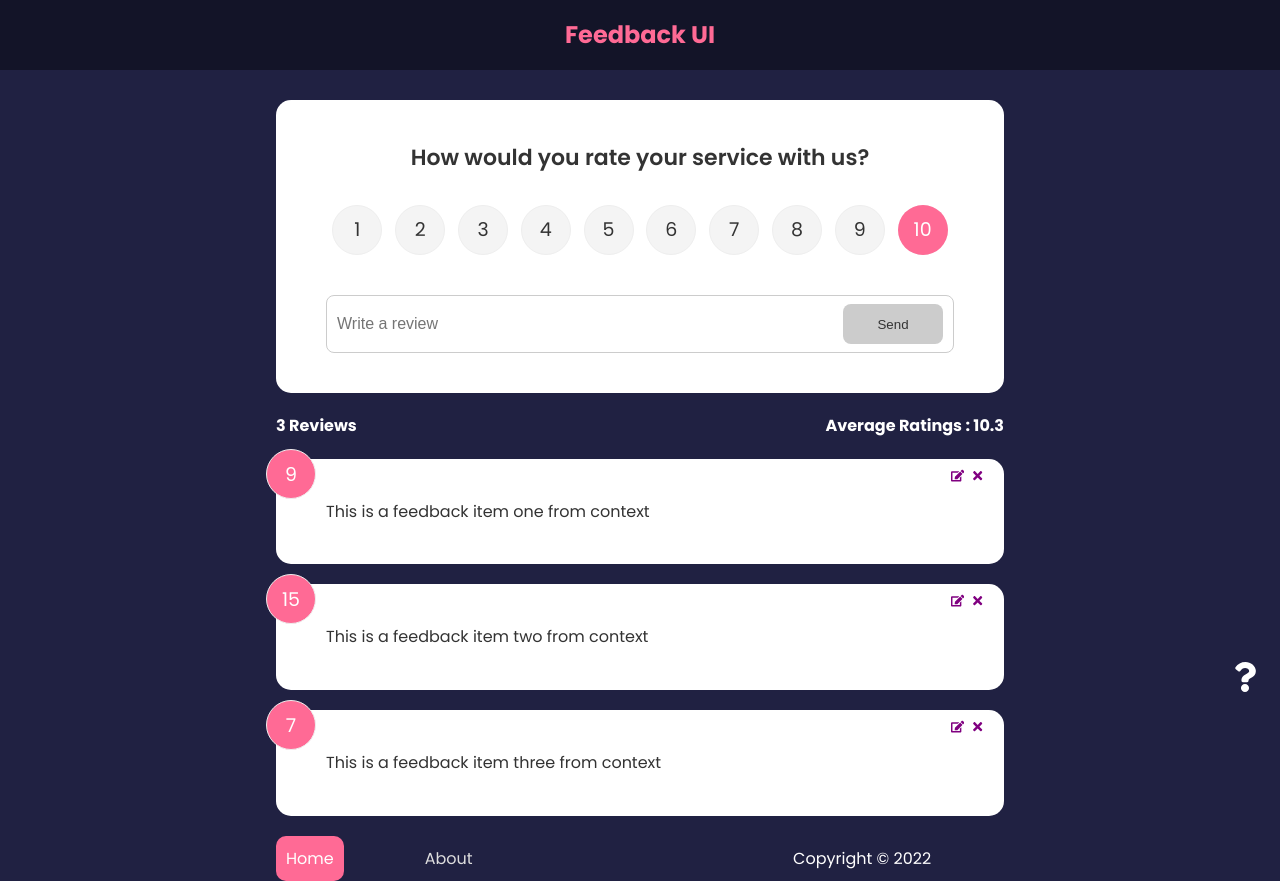
Repository: bayorwor/feedbackapp
Page: /
These files come from the project's save history. The page is drawn as it stood at one moment and after the next save; the edit follows.
The browser window is 1280 px wide. The pictures show the whole page.
The project was rebuilt for these pictures with package versions that can differ from the ones it lists, and the page was loaded fresh each time. Also part of the build but not shown: src/pages/AboutPage.jsx.

Above is the page before, as saved 2022-02-01 00:52:13.

### public/index.html
<!DOCTYPE html>
<html lang="en">
  <head>
    <meta charset="utf-8" />
    <link rel="icon" href="%PUBLIC_URL%/favicon.ico" />
    <meta name="viewport" content="width=device-width, initial-scale=1" />
    <meta name="theme-color" content="#000000" />
    <meta
      name="description"
      content="Web site created using create-react-app"
    />
    <link rel="apple-touch-icon" href="%PUBLIC_URL%/logo192.png" />
    <link rel="manifest" href="%PUBLIC_URL%/manifest.json" />
    <title>feedback app</title>
  </head>
  <body>
    <noscript>You need to enable JavaScript to run this app.</noscript>
    <div id="root"></div>
  </body>
</html>

### src/index.css
@import url("https://fonts.googleapis.com/css2?family=Poppins:wght@400;600;700&display=swap");

* {
  box-sizing: border-box;
  margin: 0;
  padding: 0;
}

body {
  font-family: "Poppins", sans-serif;
  background-color: #202142;
  color: #fff;
  line-height: 1.6;
}

ul {
  list-style: none;
}

.container {
  max-width: 768px;
  margin: auto;
  padding: 0 20px;
}

header {
  height: 70px;
  width: 100%;
  display: flex;
  justify-content: space-between;
  align-items: center;
  margin-bottom: 30px;
}

.card {
  background-color: #fff;
  color: #333;
  border-radius: 15px;
  padding: 40px 50px;
  margin: 20px 0;
  position: relative;
}

.card.reverse {
  background-color: rgba(0, 0, 0, 0.4);
  color: #fff;
}

.card h2 {
  font-size: 22px;
  font-weight: 600;
  text-align: center;
}

.rating {
  display: flex;
  align-items: center;
  justify-content: space-around;
  margin: 30px 0 40px;
}

.rating li,
.num-display {
  position: relative;
  background: #f4f4f4;
  width: 50px;
  height: 50px;
  padding: 10px;
  text-align: center;
  border-radius: 50%;
  font-size: 19px;
  border: 1px #eee solid;
  transition: 0.3s;
}

.rating li label {
  position: absolute;
  top: 50%;
  left: 50%;
  width: 50px;
  height: 50px;
  padding: 10px;
  border-radius: 50%;
  transform: translate(-50%, -50%);
  cursor: pointer;
}

.rating li:hover,
.num-display {
  background: #ff6a95;
  color: #fff;
}

[type="radio"] {
  opacity: 0;
}

[type="radio"]:checked ~ label {
  background: #ff6a95;
  color: #fff;
}

.input-group {
  display: flex;
  flex-direction: row;
  border: 1px solid #ccc;
  padding: 8px 10px;
  border-radius: 8px;
}

input {
  flex-grow: 2;
  border: none;
  font-size: 16px;
}

input:focus {
  outline: none;
}

.feedback-stats {
  color: #fff;
  display: flex;
  justify-content: space-between;
  align-items: center;
}

.num-display {
  position: absolute;
  top: -10px;
  left: -10px;
}

.close,
.edit {
  position: absolute;
  top: 10px;
  right: 20px;
  cursor: pointer;
  background: none;
  border: none;
}

.edit {
  right: 40px;
}

.btn {
  color: #fff;
  border: 0;
  border-radius: 8px;
  color: #fff;
  width: 100px;
  height: 40px;
  cursor: pointer;
}

.btn-primary {
  background-color: #202142;
}

.btn-secondary {
  background: #ff6a95;
}

.btn:hover {
  transform: scale(0.98);
  opacity: 0.9;
}

.btn:disabled {
  background-color: #cccccc;
  color: #333;
  cursor: auto;
}

.btn:disabled:hover {
  transform: scale(1);
  opacity: 1;
}

.message {
  padding-top: 10px;
  text-align: center;
  color: rebeccapurple;
}

.about-link {
  position: absolute;
  bottom: 20px;
  right: 20px;
  color: #fff;
  cursor: pointer;
}

.about-link a {
  color: #fff;
}

.about-link a:hover {
  color: #ff6a95;
}

.about h1 {
  margin-bottom: 20px;
}

.about p {
  margin: 10px 0;
}

@media (max-width: 600px) {
  .rating li {
    margin: 10px 3px;
  }

  .rating {
    display: flex;
    align-items: center;
    justify-content: center;
    flex-wrap: wrap;
    margin: 30px 0 40px;
  }

  .input-group input {
    width: 80%;
  }
}
.active {
  background: #ff6a95;
  color: #fff;
  padding: 10px;
  border-radius: 10px;
}
a {
  text-decoration: none;
  color: #dedede;
}
.footer {
  display: flex;
  justify-content: space-between;
  align-items: center;
  width: 90%;
}

.footer-container {
  display: flex;
  justify-content: space-between;
  align-items: center;
  width: 30%;
}

### src/App.js
import { BrowserRouter as Router, Route, Routes } from "react-router-dom";
import Header from "./components/Header";
import FeedbackList from "./components/FeedbackList";
import FeedbackStats from "./components/FeedbackStats";
import FeedbackForm from "./components/FeedbackForm";
import AboutPage from "./pages/AboutPage";
import AboutIconLink from "./components/AboutIconLink";
import Footer from "./components/Footer";
import { FeedbackProvider } from "./context/FeedbackContext";

const App = () => {
  return (
    <FeedbackProvider>
      <Router>
        <Header />
        <div className="container">
          <Routes>
            <Route
              exact
              path="/"
              element={
                <>
                  <FeedbackForm />
                  <FeedbackStats />
                  <FeedbackList />
                </>
              }
            ></Route>
            <Route path="/about" element={<AboutPage />} />
          </Routes>
          <Footer />
          <AboutIconLink />
        </div>
      </Router>
    </FeedbackProvider>
  );
};

export default App;

### src/components/Header.jsx
import React from "react";
import PropTypes from "prop-types";

const Header = ({ text, bgColor, textColor }) => {
  const headerStyle = {
    backgroundColor: bgColor,
    color: textColor,
  };

  return (
    <header style={headerStyle}>
      <div className="container">
        <h2>{text}</h2>
      </div>
    </header>
  );
};

Header.defaultProps = {
  text: "Feedback UI",
  bgColor: "rgba(0, 0, 0, 0.4)",
  textColor: "#ff6a95",
};

Header.propTypes = {
  text: PropTypes.string,
  bgColor: PropTypes.string,
  textColor: PropTypes.string,
};

export default Header;

### src/components/FeedbackList.jsx
import { useContext } from "react";
import { motion, AnimatePresence } from "framer-motion";
import FeedbaackItem from "./FeedbaackItem";
import Card from "./shared/Card";
import FeedbackContext from "../context/FeedbackContext";

function FeedbackList() {
  const { feedback } = useContext(FeedbackContext);
  if (!feedback || feedback.length === 0) {
    return (
      <Card reverse={true}>
        <p>There are no feedbacks to display</p>
      </Card>
    );
  }

  return (
    <div className="feedback-list">
      <AnimatePresence>
        {feedback.map((feedback) => (
          <motion.div
            key={feedback.id}
            initial={{ opacity: 0 }}
            animate={{ opacity: 1 }}
            exit={{ opacity: 0 }}
          >
            <FeedbaackItem key={feedback.id} feedback={feedback} />
          </motion.div>
        ))}
      </AnimatePresence>
    </div>
  );
}

export default FeedbackList;

### src/components/FeedbackStats.jsx
import { useContext } from "react";
import FeedbackContext from "../context/FeedbackContext";

function FeedbackStats() {
  const { feedback } = useContext(FeedbackContext);

  let average =
    feedback.reduce((total, feedback) => total + feedback.rating, 0) /
    feedback.length;

  average = average.toFixed(1);

  return (
    <div className="feedback-stats">
      <h4>{feedback.length} Reviews</h4>
      <h4>Average Ratings : {isNaN(average) ? 0 : average}</h4>
    </div>
  );
}

export default FeedbackStats;

### src/components/FeedbackForm.jsx
import { useState, useContext, useEffect } from "react";
import Card from "./shared/Card";
import Button from "./shared/Button";
import RatingSelect from "./RatingSelect";
import FeedbackContext from "../context/FeedbackContext";

function FeedbackForm() {
  const [text, setText] = useState("");
  const [rating, setRating] = useState(10);
  const [btnDisabled, setBtnDisabled] = useState(true);
  const [message, setMessage] = useState("");

  const { addFeedback, feedbackEdit } = useContext(FeedbackContext);

  useEffect(() => {
    if (feedbackEdit.edit) {
      setBtnDisabled(true);
      setText(feedbackEdit.item.text);
      setRating(feedbackEdit.item.rating);
    } else {
      setText("");
      setRating(10);
    }
  }, [feedbackEdit]);

  const handleChange = (event) => {
    if (text === "") {
      setBtnDisabled(true);
      setMessage(null);
    } else if (text !== "" && text.trim().length <= 10) {
      setBtnDisabled(true);
      setMessage("Please enter at least 10 characters");
    } else {
      setBtnDisabled(false);
      setMessage(null);
    }
    setText(event.target.value);
  };

  const handleSubmit = (event) => {
    event.preventDefault();
    if (text.trim().length > 10) {
      const newFeedback = {
        text,
        rating,
      };
      addFeedback(newFeedback);
      setText("");
      setRating(10);
      setBtnDisabled(true);
    }
  };

  return (
    <Card>
      <form onSubmit={handleSubmit}>
        <h2>How would you rate your service with us?</h2>
        <RatingSelect select={(rating) => setRating(rating)} />
        <div className="input-group">
          <input
            onChange={handleChange}
            value={text}
            type="text"
            placeholder="Write a review"
          />
          <Button type="submit" isDisabled={btnDisabled}>
            Send
          </Button>
        </div>
        {message && <div className="message">{message}</div>}
      </form>
    </Card>
  );
}

export default FeedbackForm;

### src/components/AboutIconLink.jsx
import React from "react";
import { FaQuestion } from "react-icons/fa";
import { Link } from "react-router-dom";

function AboutIconLink() {
  return (
    <div className="about-link">
      <Link to="/about">
        <FaQuestion size={30} />
      </Link>
    </div>
  );
}

export default AboutIconLink;

### src/components/Footer.jsx
import { NavLink } from "react-router-dom";

function Footer() {
  var today = new Date();
  var year = today.getFullYear();

  return (
    <>
      <div className="footer">
        <div className="footer-container">
          <NavLink activeClassName="active" to="/">
            Home
          </NavLink>
          <NavLink activeClassName="active" to="/about">
            About
          </NavLink>
        </div>
        <p>Copyright &copy; {year}</p>
      </div>
    </>
  );
}

export default Footer;

### src/context/FeedbackContext.js
import { createContext, useState } from "react";
import { v4 as uuidV4 } from "uuid";

const FeedbackContext = createContext();

export const FeedbackProvider = ({ children }) => {
  const [feedback, setFeedback] = useState([
    {
      id: 1,
      text: "This is a feedback item one from  context",
      rating: 9,
    },
    {
      id: 2,
      text: "This is a feedback item two from  context",
      rating: 15,
    },
    {
      id: 3,
      text: "This is a feedback item three from  context",
      rating: 7,
    },
  ]);

  const [feedbackEdit, setFeedbackEdit] = useState({
    item: {},
    edit: false,
  });

  //deleting a feedback item
  const deleteFeedback = (id) => {
    if (window.confirm("Are you sure you want to delete this feedback?")) {
      setFeedback(feedback.filter((feedback) => feedback.id !== id));
    }
  };

  //adding a new feedback item
  const addFeedback = (newFeedback) => {
    newFeedback.id = uuidV4();
    setFeedback([newFeedback, ...feedback]);
  };

  //editing a feedback item
  const editFeedback = (item) => {
    setFeedbackEdit({
      item,
      edit: true,
    });
  };

  return (
    <FeedbackContext.Provider
      value={{
        feedback,
        deleteFeedback,
        addFeedback,
        editFeedback,
        feedbackEdit,
      }}
    >
      {children}
    </FeedbackContext.Provider>
  );
};

export default FeedbackContext;

### src/components/FeedbaackItem.jsx
import { FaEdit, FaTimes } from "react-icons/fa";
import { useContext } from "react";
import PropTypes from "prop-types";
import Card from "./shared/Card";
import FeedbackContext from "../context/FeedbackContext";

function FeedbaackItem({ feedback }) {
  const { deleteFeedback, editFeedback } = useContext(FeedbackContext);

  return (
    <Card>
      <div className="num-display">{feedback.rating}</div>
      <button onClick={() => deleteFeedback(feedback.id)} className="close">
        <FaTimes color="purple" />
      </button>
      <button onClick={() => editFeedback(feedback)} className="edit">
        <FaEdit color="purple" />
      </button>
      <div className="text-display">{feedback.text}</div>
    </Card>
  );
}

FeedbaackItem.propTypes = {
  feedback: PropTypes.object.isRequired,
};

export default FeedbaackItem;

### src/components/shared/Card.jsx
import React from "react";
import PropTypes from "prop-types";

function Card({ children, reverse }) {
  return <div className={`card ${reverse && "reverse"}`}>{children}</div>;
}

Card.defaultProps = {
  reverse: false,
};

Card.propTypes = {
  children: PropTypes.node.isRequired,
  reverse: PropTypes.bool,
};

export default Card;

### src/components/shared/Button.js
import PropTypes from "prop-types";

function Button({ children, version, type, isDisabled }) {
  return (
    <button type={type} disabled={isDisabled} className={`btn btn-${version}`}>
      {children}
    </button>
  );
}

Button.defaultProps = {
  version: "primary",
  type: "button",
  isDisabled: false,
};

Button.prototype = {
  children: PropTypes.node.isRequired,
  version: PropTypes.string,
  type: PropTypes.string,
  isDisabled: PropTypes.bool,
};

export default Button;

### src/components/RatingSelect.jsx
import { useState } from "react";

function RatingSelect({ select }) {
  const [selected, setSelected] = useState(10);

  const handleChange = (event) => {
    setSelected(+event.currentTarget.value);
    select(+event.currentTarget.value);
  };

  return (
    <ul className="rating">
      <li>
        <input
          type="radio"
          id="num1"
          name="rating"
          value="1"
          onChange={handleChange}
          checked={selected === 1}
        />
        <label htmlFor="num1">1</label>
      </li>
      <li>
        <input
          type="radio"
          id="num2"
          name="rating"
          value="2"
          onChange={handleChange}
          checked={selected === 2}
        />
        <label htmlFor="num2">2</label>
      </li>
      <li>
        <input
          type="radio"
          id="num3"
          name="rating"
          value="3"
          onChange={handleChange}
          checked={selected === 3}
        />
        <label htmlFor="num3">3</label>
      </li>
      <li>
        <input
          type="radio"
          id="num4"
          name="rating"
          value="4"
          onChange={handleChange}
          checked={selected === 4}
        />
        <label htmlFor="num4">4</label>
      </li>
      <li>
        <input
          type="radio"
          id="num5"
          name="rating"
          value="5"
          onChange={handleChange}
          checked={selected === 5}
        />
        <label htmlFor="num5">5</label>
      </li>
      <li>
        <input
          type="radio"
          id="num6"
          name="rating"
          value="6"
          onChange={handleChange}
          checked={selected === 6}
        />
        <label htmlFor="num6">6</label>
      </li>
      <li>
        <input
          type="radio"
          id="num7"
          name="rating"
          value="7"
          onChange={handleChange}
          checked={selected === 7}
        />
        <label htmlFor="num7">7</label>
      </li>
      <li>
        <input
          type="radio"
          id="num8"
          name="rating"
          value="8"
          onChange={handleChange}
          checked={selected === 8}
        />
        <label htmlFor="num8">8</label>
      </li>
      <li>
        <input
          type="radio"
          id="num9"
          name="rating"
          value="9"
          onChange={handleChange}
          checked={selected === 9}
        />
        <label htmlFor="num9">9</label>
      </li>
      <li>
        <input
          type="radio"
          id="num10"
          name="rating"
          value="10"
          onChange={handleChange}
          checked={selected === 10}
        />
        <label htmlFor="num10">10</label>
      </li>
    </ul>
  );
}

export default RatingSelect;

Loaded but not shown: src/index.js (common file)

After the next save:
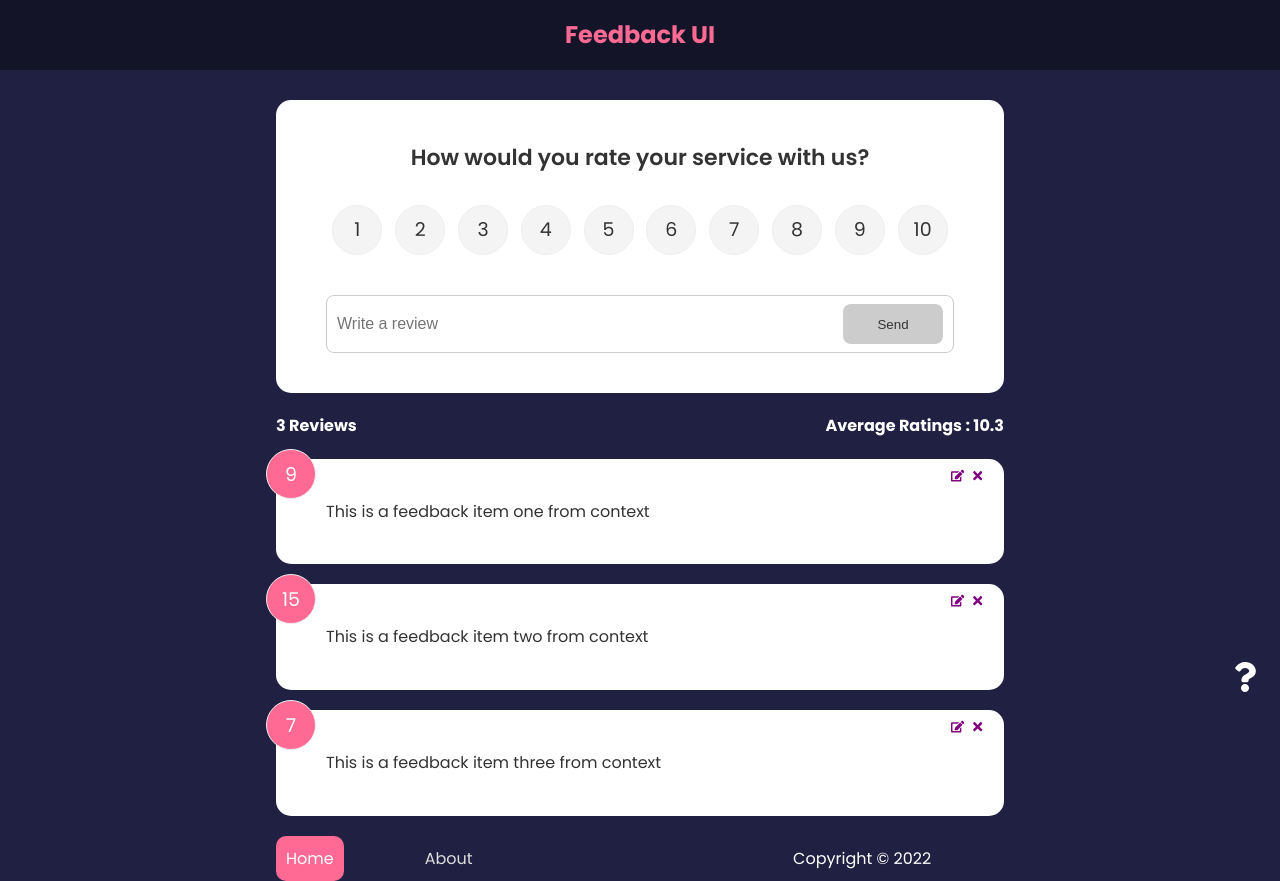
Saved 3 min 28 s later.
--- a/src/components/RatingSelect.jsx
+++ b/src/components/RatingSelect.jsx
@@ -1,7 +1,14 @@
-import { useState } from "react";
+import { useState, useEffect, useContext } from "react";
+import FeedbackContext from "../context/FeedbackContext";
 
 function RatingSelect({ select }) {
   const [selected, setSelected] = useState(10);
+
+  const { feedbackEdit } = useContext(FeedbackContext);
+
+  useEffect(() => {
+    setSelected(feedbackEdit.item.rating);
+  }, [feedbackEdit]);
 
   const handleChange = (event) => {
     setSelected(+event.currentTarget.value);
